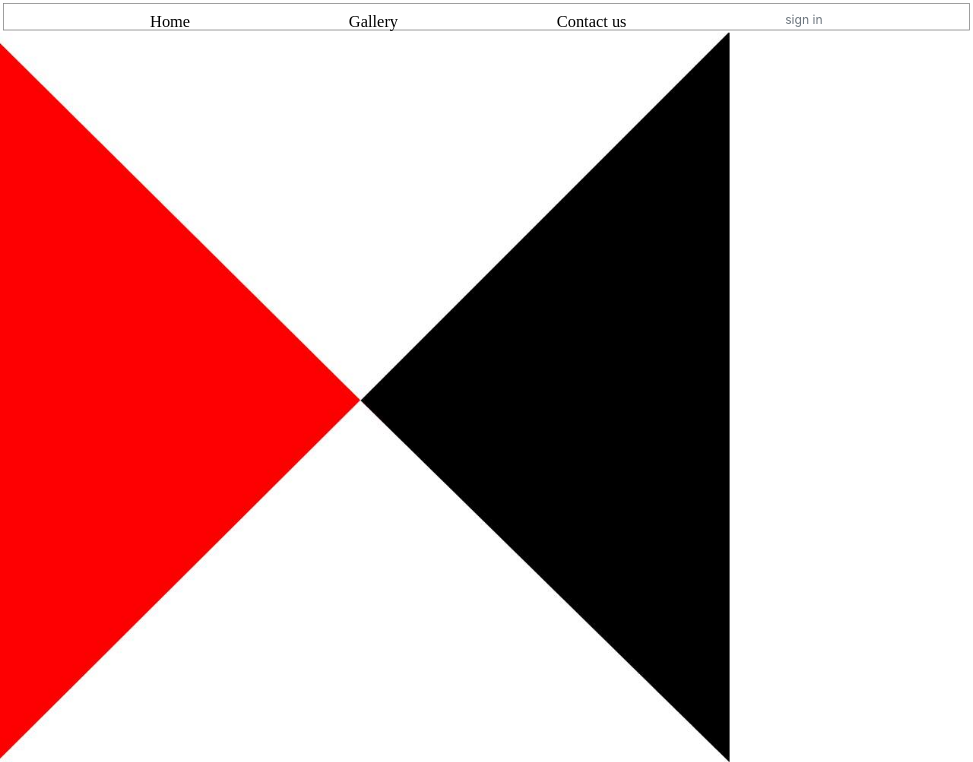
Repository: lmencos/eyesFollow
Page: html/proyectos.html
An editor plug-in stored every save of this project. The page is shown before and after the next save, followed by the edit.
The browser window is 1280 px wide. The pictures show the whole page, at 76% of full size.
Some web fonts or font styles are not loaded; a fallback is used.

Above is the page before, as saved 2019-08-28 16:53:24.

### html/proyectos.html
<!doctype html>
<html lang="en">
  <head>
    <!-- Required meta tags -->
    <meta charset="utf-8">
    <meta name="viewport" content="width=device-width, initial-scale=1, shrink-to-fit=no">

    <!-- Bootstrap CSS -->
    <link rel="stylesheet" href="https://stackpath.bootstrapcdn.com/bootstrap/4.3.1/css/bootstrap.min.css" integrity="sha384-ggOyR0iXCbMQv3Xipma34MD+dH/1fQ784/j6cY/iJTQUOhcWr7x9JvoRxT2MZw1T" crossorigin="anonymous">
    <link rel="stylesheet" href="../css/proyectos.css">
    <link href="https://fonts.googleapis.com/css?family=BenchNine|Cabin+Sketch|Handlee" rel="stylesheet">

    <title>Proyectos</title>
  </head>
  <body>
    <header class="header">
        <nav>
            <ul class="nav">
                <li class="nav-item">
                    <a class="nav-link A" href="../index.html">Home</a>
                </li>
                <li class="nav-item">
                    <a class="nav-link A" href="../html/galeria.html">Gallery</a>
                </li>
                <li class="nav-item">
                    <a class="nav-link A" href="../html/contacto.html">Contact us</a>
                </li>
                <li class="nav-item">
                    <a class="nav-link disabled" href="../html/muyPronto.html" tabindex="-1" aria-disabled="true">sign in</a>
                </li>
            </ul>
        </nav>
    </header>

    <section>
        <img src="../sources/cubo01.jpg" alt="">
    </section>

    <!-- Optional JavaScript -->
    <!-- jQuery first, then Popper.js, then Bootstrap JS -->
    <script src="https://code.jquery.com/jquery-3.3.1.slim.min.js" integrity="sha384-q8i/X+965DzO0rT7abK41JStQIAqVgRVzpbzo5smXKp4YfRvH+8abtTE1Pi6jizo" crossorigin="anonymous"></script>
    <script src="https://cdnjs.cloudflare.com/ajax/libs/popper.js/1.14.7/umd/popper.min.js" integrity="sha384-UO2eT0CpHqdSJQ6hJty5KVphtPhzWj9WO1clHTMGa3JDZwrnQq4sF86dIHNDz0W1" crossorigin="anonymous"></script>
    <script src="https://stackpath.bootstrapcdn.com/bootstrap/4.3.1/js/bootstrap.min.js" integrity="sha384-JjSmVgyd0p3pXB1rRibZUAYoIIy6OrQ6VrjIEaFf/nJGzIxFDsf4x0xIM+B07jRM" crossorigin="anonymous"></script>
  </body>
</html>

### css/proyectos.css
.header ul {
  display: -webkit-box;
  display: -ms-flexbox;
  display: flex;
  -webkit-box-pack: space-evenly;
      -ms-flex-pack: space-evenly;
          justify-content: space-evenly;
  height: 5vh;
  border: 1px solid gray;
  margin: 0.5vh;
}

.header ul .A {
  font-family: "Cabin Sketch", cursive;
  font-size: 3vh;
  color: black;
}
/*# sourceMappingURL=proyectos.css.map */

After the next save:
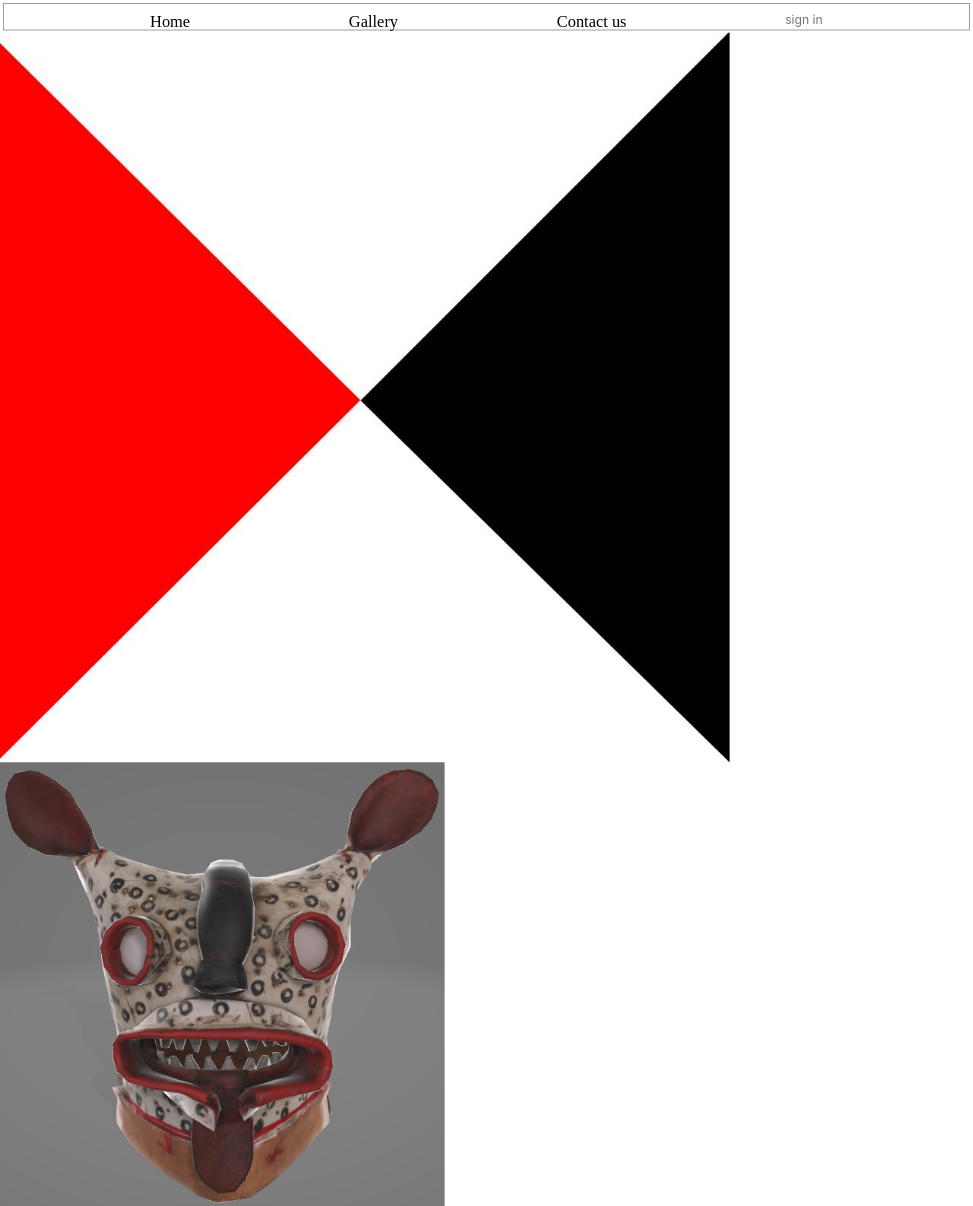
Saved 112 s later.
--- a/html/proyectos.html
+++ b/html/proyectos.html
@@ -34,6 +34,7 @@
 
     <section>
         <img src="../sources/cubo01.jpg" alt="">
+        <img src="../sources/mask-05.png" alt="">
     </section>
 
     <!-- Optional JavaScript -->
